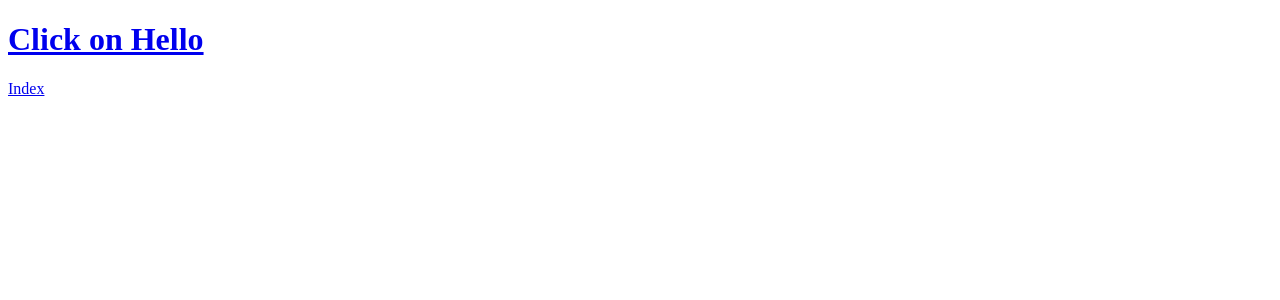
Repository: SimOneGraCias11/Montran_Training
Page: http://localhost/SpringMvc/app.jsp
An editor plug-in stored every save of this project. The page is shown before and after the next save, followed by the edit.
The browser window is 1280 px wide. The pictures show the whole page.
The page is served by Tomcat 9. Other server files are loaded and not shown.

Above is the page before, as saved 2024-08-06 10:42:30.

### SpringMvc/src/main/webapp/app.jsp
<%@ page language="java" contentType="text/html; charset=ISO-8859-1"
    pageEncoding="ISO-8859-1"%>
<!DOCTYPE html>
<html>
<head>
<meta charset="ISO-8859-1">
<title>Spring Mvc Demo</title>
</head>
<body>

<a href="hello"><h1>Click on Hello</h1></a>
<a href="home">Index</a>

</body>
</html>

After the next save:
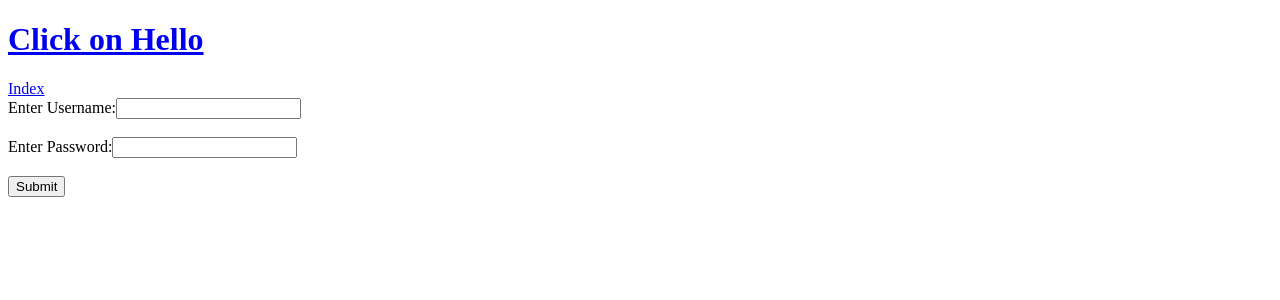
Saved 9 min 21 s later.
--- a/SpringMvc/src/main/webapp/app.jsp
+++ b/SpringMvc/src/main/webapp/app.jsp
@@ -11,5 +11,14 @@
 <a href="hello"><h1>Click on Hello</h1></a>
 <a href="home">Index</a>
 
+
+<form action="">
+
+Enter Username:<input type="text" name="uname"><br><br>
+
+Enter Password:<input type="text" name="pass"><br><br>
+
+<button> Submit</button>
+</form>
 </body>
 </html>
